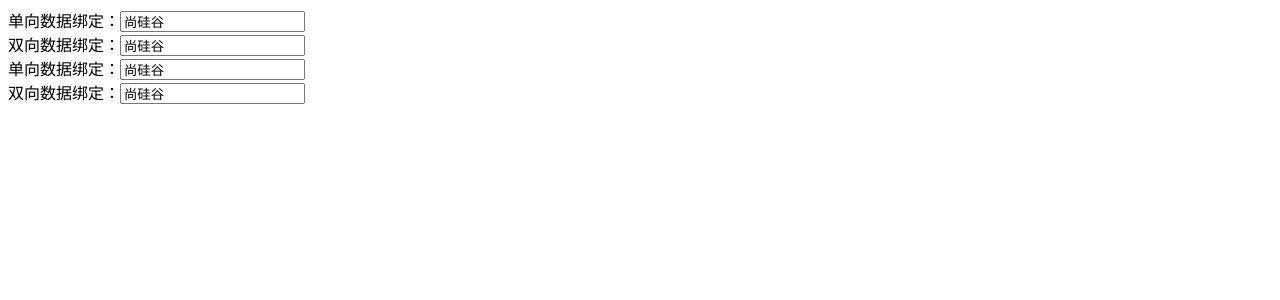
Repository: Lconfident/Learning_Process
Page: Vue/vue_basic/03_数据绑定/数据绑定.html
These files come from the project's save history. The page is drawn as it stood at one moment and after the next save; the edit follows.
The browser window is 1280 px wide. The pictures show the whole page.

Above is the page before, as saved 2023-07-16 09:49:52.

After the next save:
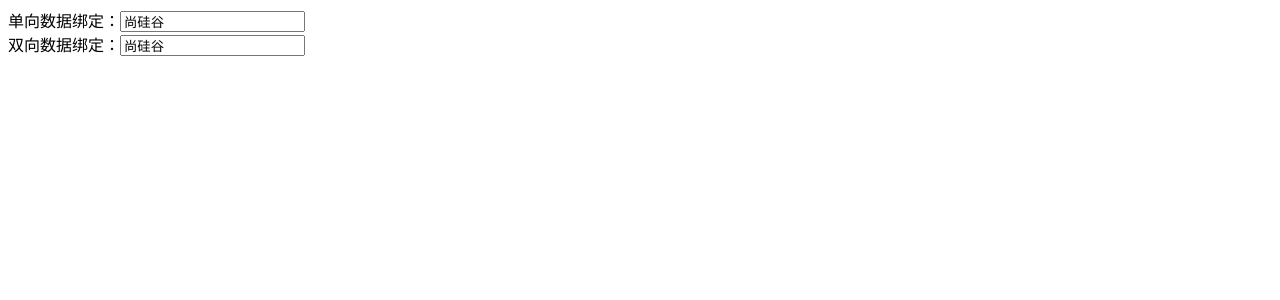
Saved 2 min 44 s later.
--- a/Vue/vue_basic/03_数据绑定/数据绑定.html
+++ b/Vue/vue_basic/03_数据绑定/数据绑定.html
@@ -13,8 +13,8 @@
     <!-- 准备好一个容器 -->
     <div id="root">
         <!-- 普通写法 -->
-        单向数据绑定：<input type="text" v-bind:value="name"><br>
-        双向数据绑定：<input type="text" v-model:value="name"><br>
+        <!-- 单向数据绑定：<input type="text" v-bind:value="name"><br>
+        双向数据绑定：<input type="text" v-model:value="name"><br> -->
 
         <!-- 简写 -->
         单向数据绑定：<input type="text" :value="name"><br>
